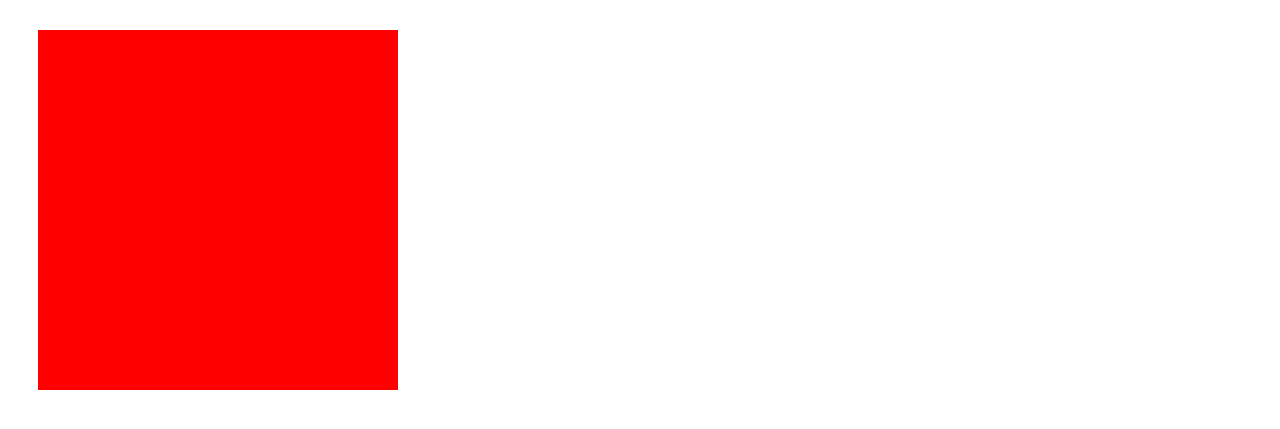
Repository: yuuyatada/API_sample_app
Page: box/box.html
The author's editor kept a record of every edit. The page is drawn from the files as they stood at one moment, then again after the next edit.
The browser window is 1280 px wide. The pictures show the whole page.

Above is the page before.

After the next edit:
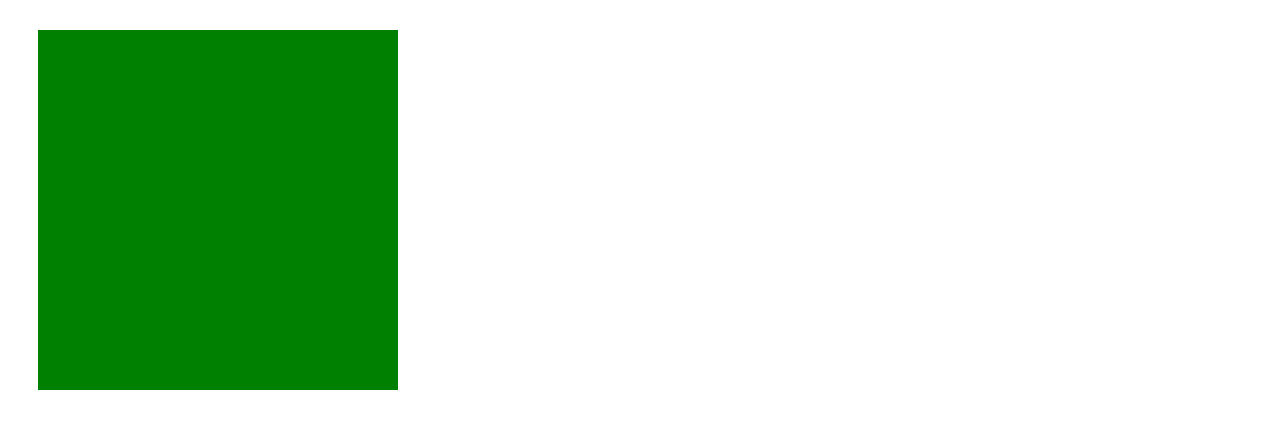
The edit:
--- a/box/box.css
+++ b/box/box.css
@@ -1,7 +1,7 @@
 .box1{
     width: 300px;
     height: 300px;
-    background-color: red;
+    background-color: green;
     margin: 30px;
     padding: 30px;
 
